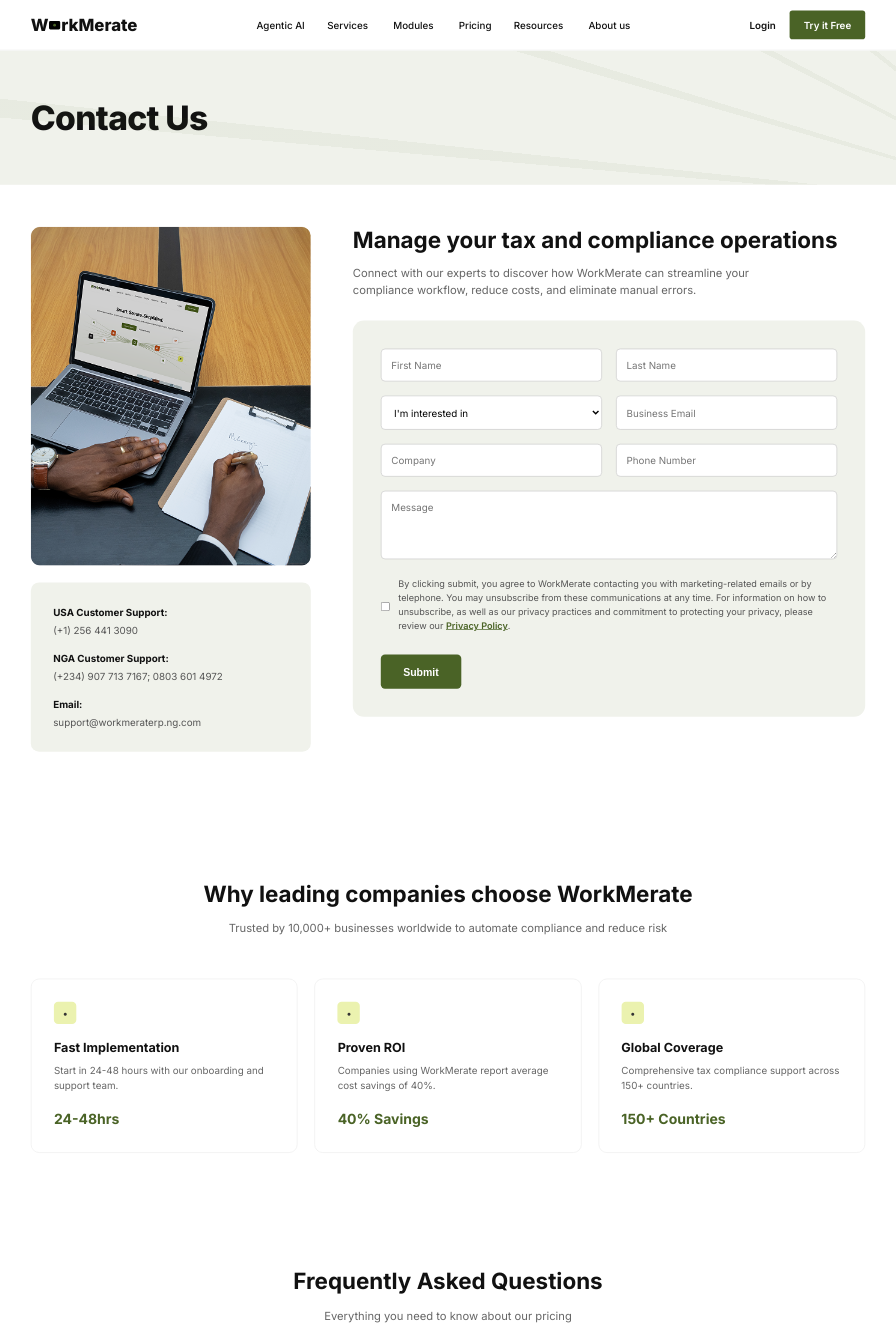
Repository: AYANO-EMMANUEL/workmerate
Page: contact-us.html
These files come from the project's save history. The page is drawn as it stood at one moment and after a run of saves; the edit follows.
The browser window is 1280 px wide. The pictures show the part of the page from y = 0 to 1920 px (the page is 3012 px tall), at 70% of full size.

Above is the page before, as saved 2026-02-02 15:26:40.

### contact-us.html
<!DOCTYPE html>
<html lang="en">
<head>
    <meta charset="UTF-8">
    <meta name="viewport" content="width=device-width, initial-scale=1.0">
    <title>Contact Us - WorkMerate</title>
    <link rel="stylesheet" href="contact-us.css">
    <link rel="preconnect" href="https://fonts.googleapis.com">
    <link rel="preconnect" href="https://fonts.gstatic.com" crossorigin>
    <link href="https://fonts.googleapis.com/css2?family=Inter:wght@400;500;600;700;800&display=swap" rel="stylesheet">
</head>
<body>

    <nav class="navbar">
        <div class="container nav-wrapper">
            <a href="#" class="logo">W<span class="bag-icon"></span>rkMerate</a>
            <ul class="nav-menu">
                <li><a href="#" class="nav-link">Agentic AI</a></li>
                <li><a href="#" class="nav-link">Services <svg class="chevron" viewBox="0 0 24 24" fill="none" stroke="currentColor" stroke-width="2"><polyline points="6 9 12 15 18 9"></polyline></svg></a></li>
                <li><a href="#" class="nav-link">Modules <svg class="chevron" viewBox="0 0 24 24" fill="none" stroke="currentColor" stroke-width="2"><polyline points="6 9 12 15 18 9"></polyline></svg></a></li>
                <li><a href="#" class="nav-link">Pricing</a></li>
                <li><a href="#" class="nav-link">Resources <svg class="chevron" viewBox="0 0 24 24" fill="none" stroke="currentColor" stroke-width="2"><polyline points="6 9 12 15 18 9"></polyline></svg></a></li>
                <li><a href="#" class="nav-link">About us</a></li>
            </ul>
            <div class="nav-actions">
                <a href="#" class="login-link">Login</a>
                <a href="#" class="btn-nav">Try it Free</a>
            </div>
            <div class="hamburger" id="hamburger"><span></span><span></span><span></span></div>
        </div>
        <div class="mobile-menu" id="mobileMenu">
             <a href="#">Services</a><a href="#">Modules</a><a href="#">Contact</a>
        </div>
    </nav>

    <section class="contact-hero">
        <div class="hero-bg-lines"></div>
        <div class="container">
            <h1>Contact Us</h1>
        </div>
    </section>

    <section class="contact-main">
        <div class="container">
            <div class="contact-layout">

                <div class="contact-visuals">
                    <img src="./assets/contact-us.png" alt="Workspace" class="contact-img">

                    <div class="contact-info-card">
                        <div class="info-group">
                            <strong>USA Customer Support:</strong>
                            <p>(+1) 256 441 3090</p>
                        </div>
                        <div class="info-group">
                            <strong>NGA Customer Support:</strong>
                            <p>(+234) 907 713 7167; 0803 601 4972</p>
                        </div>
                        <div class="info-group">
                            <strong>Email:</strong>
                            <p><a href="mailto:support@workmeraterp.ng.com">support@workmeraterp.ng.com</a></p>
                        </div>
                    </div>
                </div>

                <div class="contact-form-wrapper">
                    <h2>Manage your tax and compliance operations</h2>
                    <p class="form-subtext">Connect with our experts to discover how WorkMerate can streamline your compliance workflow, reduce costs, and eliminate manual errors.</p>

                    <form class="contact-form">
                        <div class="form-row">
                            <input type="text" placeholder="First Name" required>
                            <input type="text" placeholder="Last Name" required>
                        </div>
                        <div class="form-row">
                            <select>
                                <option disabled selected>I'm interested in</option>
                                <option>Tax Automation</option>
                                <option>Compliance</option>
                                <option>Advisory</option>
                            </select>
                            <input type="email" placeholder="Business Email" required>
                        </div>
                        <div class="form-row">
                            <input type="text" placeholder="Company">
                            <input type="tel" placeholder="Phone Number">
                        </div>
                        <textarea placeholder="Message" rows="4"></textarea>

                        <div class="form-checkbox">
                            <input type="checkbox" id="consent">
                            <label for="consent">
                                By clicking submit, you agree to WorkMerate contacting you with marketing-related emails or by telephone. You may unsubscribe from these communications at any time. For information on how to unsubscribe, as well as our privacy practices and commitment to protecting your privacy, please review our <a href="#">Privacy Policy</a>.
                            </label>
                        </div>

                        <button type="submit" class="btn-submit">Submit</button>
                    </form>
                </div>

            </div>
        </div>
    </section>

    <section class="section-padding bg-white">
        <div class="container">
            <div class="section-header">
                <h2>Why leading companies choose WorkMerate</h2>
                <p>Trusted by 10,000+ businesses worldwide to automate compliance and reduce risk</p>
            </div>

            <div class="grid-3">
                <div class="feature-card-clean">
                    <div class="dot-icon">●</div>
                    <h3>Fast Implementation</h3>
                    <p>Start in 24-48 hours with our onboarding and support team.</p>
                    <div class="stat-highlight">24-48hrs</div>
                </div>
                <div class="feature-card-clean">
                    <div class="dot-icon">●</div>
                    <h3>Proven ROI</h3>
                    <p>Companies using WorkMerate report average cost savings of 40%.</p>
                    <div class="stat-highlight">40% Savings</div>
                </div>
                <div class="feature-card-clean">
                    <div class="dot-icon">●</div>
                    <h3>Global Coverage</h3>
                    <p>Comprehensive tax compliance support across 150+ countries.</p>
                    <div class="stat-highlight">150+ Countries</div>
                </div>
            </div>
        </div>
    </section>

    <section class="faq-section bg-white">
        <div class="container">
            <div class="section-header">
                <h2>Frequently Asked Questions</h2>
                <p>Everything you need to know about our pricing</p>
            </div>
            <div class="faq-list">
                <div class="faq-item"><span>Can I switch plans later?</span><span class="plus">+</span></div>
                <div class="faq-item"><span>What payment methods do you accept?</span><span class="plus">+</span></div>
                <div class="faq-item"><span>Is there a free trial?</span><span class="plus">+</span></div>
                <div class="faq-item"><span>What happens to my data if I cancel?</span><span class="plus">+</span></div>
                <div class="faq-item"><span>Do you offer discounts for non-profits?</span><span class="plus">+</span></div>
                <div class="faq-item"><span>Can I pay annually to save money?</span><span class="plus">+</span></div>
            </div>
        </div>
    </section>

    <footer class="footer-section">
        <div class="container">
            <div class="footer-top">
                <div class="footer-brand">
                    <a href="#" class="logo">W<span class="bag-icon"></span>rkMerate</a>
                    <p class="tagline">Smart. Secure. Simplified.</p>
                    <div class="contact-details">
                        <p><strong>USA Customer Support:</strong><br>(+1) 256 441 3090</p>
                        <p><strong>NGA Customer Support:</strong><br>(+234) 907 713 7167</p>
                        <p><strong>Email:</strong><br>support@workmerate.ng.com</p>
                    </div>
                    <div class="social-icons">
                         <span>f</span><span>x</span><span>in</span><span>ig</span><span>tk</span>
                    </div>
                </div>
                <div class="footer-links-grid">
                    <div><h4>Services</h4><ul><li><a href="#">Tax Automation</a></li><li><a href="#">ERP Integration</a></li></ul></div>
                    <div><h4>Modules</h4><ul><li><a href="#">Human Resources</a></li><li><a href="#">Financial Management</a></li></ul></div>
                    <div><h4>Resources</h4><ul><li><a href="#">Compliance Loss</a></li><li><a href="#">State IRS</a></li></ul></div>
                    <div><h4>Other Links</h4><ul><li><a href="#">About Us</a></li><li><a href="#">Pricing</a></li></ul></div>
                </div>
            </div>
            <hr>
            <div class="footer-newsletter">
                <div class="nl-text"><h3>Subscribe to our newsletter</h3><p>Stay informed with the latest news.</p></div>
                <div class="nl-form"><input type="email" placeholder="Enter your email"><button class="btn-dark">Subscribe</button></div>
            </div>
            <hr>
            <div class="footer-bottom">
                <p>&copy; 2025 WorkMerate - All rights reserved</p>
                <div class="badges"><span style="color:#4F6F2F; font-weight:bold;">NiTDA</span></div>
            </div>
        </div>
    </footer>

    <script>
        document.getElementById('hamburger').addEventListener('click', function() {
            document.getElementById('mobileMenu').classList.toggle('open');
        });

        // Simple FAQ Toggle
        document.querySelectorAll('.faq-item').forEach(item => {
            item.addEventListener('click', () => {
                item.classList.toggle('active');
            });
        });
    </script>
</body>
</html>

### contact-us.css
/* --- Reset & Variables --- */
:root {
  --font-family: "Inter", sans-serif;
  --color-text-main: #111;
  --color-text-light: #555;
  --color-dark-green: #4a6326;
  --color-cream-bg: #f0f2eb;
  --color-input-bg: #fff;
  --color-input-border: #e5e5e5;
}

* {
  margin: 0;
  padding: 0;
  box-sizing: border-box;
}
body {
  font-family: var(--font-family);
  color: var(--color-text-main);
  background: #fff;
  line-height: 1.5;
  overflow-x: hidden;
}
a {
  text-decoration: none;
  color: inherit;
}
ul {
  list-style: none;
}
img {
  max-width: 100%;
  display: block;
}

/* Utilities */
.container {
  max-width: 1240px;
  margin: 0 auto;
  padding: 0 24px;
}
.section-padding {
  padding: 80px 0;
}
.bg-white {
  background-color: #fff;
}
.bg-cream {
  background-color: var(--color-cream-bg);
}

/* --- Navigation --- */
.navbar {
  height: 72px;
  display: flex;
  align-items: center;
  border-bottom: 1px solid #eee;
  background: #fff;
  position: relative;
  z-index: 100;
}
.nav-wrapper {
  width: 100%;
  display: flex;
  justify-content: space-between;
  align-items: center;
}
.logo {
  font-size: 24px;
  font-weight: 800;
  display: flex;
  align-items: center;
}
.bag-icon {
  width: 16px;
  height: 12px;
  background: #000;
  border-radius: 2px;
  display: inline-block;
  position: relative;
  margin: 0 1px;
}
.bag-icon::after {
  content: "";
  position: absolute;
  top: 4px;
  left: 6px;
  width: 4px;
  height: 4px;
  background: var(--color-dark-green);
  border-radius: 50%;
}
.nav-menu {
  display: flex;
  gap: 32px;
}
.nav-link {
  font-size: 14px;
  font-weight: 500;
  display: flex;
  align-items: center;
  gap: 4px;
}
.nav-actions {
  display: flex;
  gap: 20px;
  align-items: center;
}
.login-link {
  font-weight: 600;
  font-size: 14px;
}
.btn-nav {
  background: var(--color-dark-green);
  color: #fff;
  padding: 10px 20px;
  border-radius: 4px;
  font-weight: 600;
  font-size: 14px;
}
.hamburger {
  display: none;
  flex-direction: column;
  gap: 5px;
  cursor: pointer;
}
.hamburger span {
  width: 24px;
  height: 3px;
  background: #000;
}
.mobile-menu {
  display: none;
  position: absolute;
  top: 72px;
  left: 0;
  width: 100%;
  background: #fff;
  padding: 20px;
  border-bottom: 1px solid #eee;
}
.mobile-menu.open {
  display: flex;
  flex-direction: column;
  gap: 10px;
}

/* --- 1. Contact Hero --- */
.contact-hero {
  background-color: var(--color-cream-bg);
  padding: 60px 0;
  position: relative;
  overflow: hidden;
}
/* Subtle lines pattern */
.hero-bg-lines {
  position: absolute;
  inset: 0;
  background: repeating-conic-gradient(
    from 45deg at 120% 120%,
    transparent 0deg 10deg,
    rgba(75, 101, 39, 0.05) 10deg 11deg
  );
  pointer-events: none;
}
.contact-hero h1 {
  font-size: 48px;
  font-weight: 800;
  color: #111;
  letter-spacing: -1px;
  margin: 0;
}

/* --- 2. Main Contact Section --- */
.contact-main {
  padding: 60px 0 100px;
  background: #fff;
}
.contact-layout {
  display: grid;
  grid-template-columns: 400px 1fr;
  gap: 60px;
  align-items: stretch;
}

/* Left Side: Visuals */
.contact-visuals {
  display: flex;
  flex-direction: column;
  gap: 24px;
}
.contact-img {
  border-radius: 12px;
  /* height: 75%; */
  object-fit: cover;
  width: 100%;
}
.contact-info-card {
  background-color: var(--color-cream-bg);
  padding: 32px;
  border-radius: 12px;
}
.info-group {
  margin-bottom: 20px;
  font-size: 14px;
}
.info-group:last-child {
  margin-bottom: 0;
}
.info-group strong {
  display: block;
  color: #111;
  margin-bottom: 4px;
  font-weight: 700;
}
.info-group p,
.info-group a {
  color: #555;
  font-weight: 400;
  text-decoration: none;
}

/* Right Side: Form */
.contact-form-wrapper h2 {
  font-size: 32px;
  font-weight: 700;
  line-height: 1.2;
  margin-bottom: 16px;
}
.form-subtext {
  color: #666;
  margin-bottom: 32px;
  max-width: 600px;
}

.contact-form {
  background-color: var(--color-cream-bg);
  padding: 40px;
  border-radius: 16px;
}
.form-row {
  display: grid;
  grid-template-columns: 1fr 1fr;
  gap: 20px;
  margin-bottom: 20px;
}
input,
select,
textarea {
  width: 100%;
  padding: 14px;
  border-radius: 6px;
  border: 1px solid #ccc;
  font-family: inherit;
  font-size: 14px;
  outline: none;
  background: #fff;
}
textarea {
  resize: vertical;
  margin-bottom: 20px;
}

.form-checkbox {
  display: flex;
  gap: 12px;
  align-items: center;
  margin-bottom: 32px;
  font-size: 13px;
  color: #555;
}
.form-checkbox input {
  width: auto;
  margin-top: 4px;
}
.form-checkbox a {
  color: var(--color-dark-green);
  font-weight: 600;
  text-decoration: underline;
}

.btn-submit {
  background-color: var(--color-dark-green);
  color: #fff;
  border: none;
  padding: 16px 32px;
  border-radius: 6px;
  font-weight: 600;
  font-size: 15px;
  cursor: pointer;
  transition: 0.2s;
}
.btn-submit:hover {
  background-color: #3d5220;
}

/* --- 3. Features Grid --- */
.section-header {
  text-align: center;
  max-width: 700px;
  margin: 0 auto 60px;
}
.section-header h2 {
  font-size: 32px;
  font-weight: 700;
  margin-bottom: 12px;
}
.section-header p {
  color: #666;
}

.grid-3 {
  display: grid;
  grid-template-columns: repeat(3, 1fr);
  gap: 24px;
}
.feature-card-clean {
  border: 1px solid #eee;
  border-radius: 12px;
  padding: 32px;
  background: #fff;
}
.dot-icon {
  background: #ebf2af;
  width: 32px;
  height: 32px;
  display: flex;
  align-items: center;
  justify-content: center;
  border-radius: 6px;
  font-size: 10px;
  color: #333;
  margin-bottom: 20px;
}
.feature-card-clean h3 {
  font-size: 18px;
  font-weight: 700;
  margin-bottom: 8px;
}
.feature-card-clean p {
  font-size: 14px;
  color: #666;
  margin-bottom: 24px;
  line-height: 1.5;
}
.stat-highlight {
  font-size: 20px;
  font-weight: 700;
  color: var(--color-dark-green);
}

/* --- 4. FAQ --- */
.faq-section {
  padding: 80px 0;
  background: #fff;
}
.faq-list {
  max-width: 800px;
  margin: 0 auto;
}
.faq-item {
  display: flex;
  justify-content: space-between;
  align-items: center;
  padding: 20px 0;
  border-bottom: 1px solid #ddd;
  font-weight: 600;
  cursor: pointer;
  color: #111;
}
.plus {
  font-size: 24px;
  font-weight: 300;
}

/* --- Footer --- */
.footer-section {
  background: var(--color-cream-bg);
  padding: 80px 0 30px;
  font-size: 14px;
  color: #333;
}
.footer-top {
  display: flex;
  justify-content: space-between;
  flex-wrap: wrap;
  gap: 40px;
  margin-bottom: 40px;
}
.footer-links-grid {
  display: flex;
  gap: 60px;
}
.footer-links-grid h4 {
  font-weight: 700;
  margin-bottom: 12px;
}
.footer-links-grid a {
  color: #555;
  display: block;
  margin-bottom: 8px;
}
.contact-details p {
  font-size: 13px;
  margin-bottom: 8px;
  color: #555;
}
.footer-newsletter {
  display: flex;
  justify-content: space-between;
  align-items: center;
  padding: 30px 0;
  border-top: 1px solid #ccc;
  border-bottom: 1px solid #ccc;
  margin-bottom: 20px;
}
.nl-form input {
  padding: 10px;
  border: 1px solid #ccc;
  border-radius: 4px;
  width: 250px;
  margin-right: 10px;
}
.btn-dark {
  background: var(--color-dark-green);
  color: #fff;
  padding: 10px 20px;
  border-radius: 4px;
  border: none;
  font-weight: 600;
}
.footer-bottom {
  display: flex;
  justify-content: space-between;
  align-items: center;
  font-size: 12px;
  color: #777;
}

/* --- Responsive --- */
@media (max-width: 992px) {
  .nav-menu,
  .nav-actions {
    display: none;
  }
  .hamburger {
    display: flex;
  }

  .contact-layout {
    grid-template-columns: 1fr;
  } /* Stack visuals and form */
  .contact-visuals {
    flex-direction: row;
  } /* Put info next to image on tablet? */
  .contact-img {
    width: 50%;
    height: auto;
  }
  .contact-info-card {
    width: 50%;
  }

  .grid-3 {
    grid-template-columns: repeat(2, 1fr);
  }
  .footer-links-grid {
    flex-wrap: wrap;
    gap: 30px;
  }
}

@media (max-width: 600px) {
  .contact-visuals {
    flex-direction: column;
  }
  .contact-img,
  .contact-info-card {
    width: 100%;
  }
  .contact-form {
    padding: 24px;
  }
  .form-row {
    grid-template-columns: 1fr;
    gap: 16px;
  }

  .grid-3 {
    grid-template-columns: 1fr;
  }
  .footer-newsletter {
    flex-direction: column;
    align-items: flex-start;
    gap: 15px;
  }
  .nl-form {
    width: 100%;
  }
  .nl-form input {
    width: 100%;
    margin-bottom: 10px;
  }
}

After the next 2 saves:
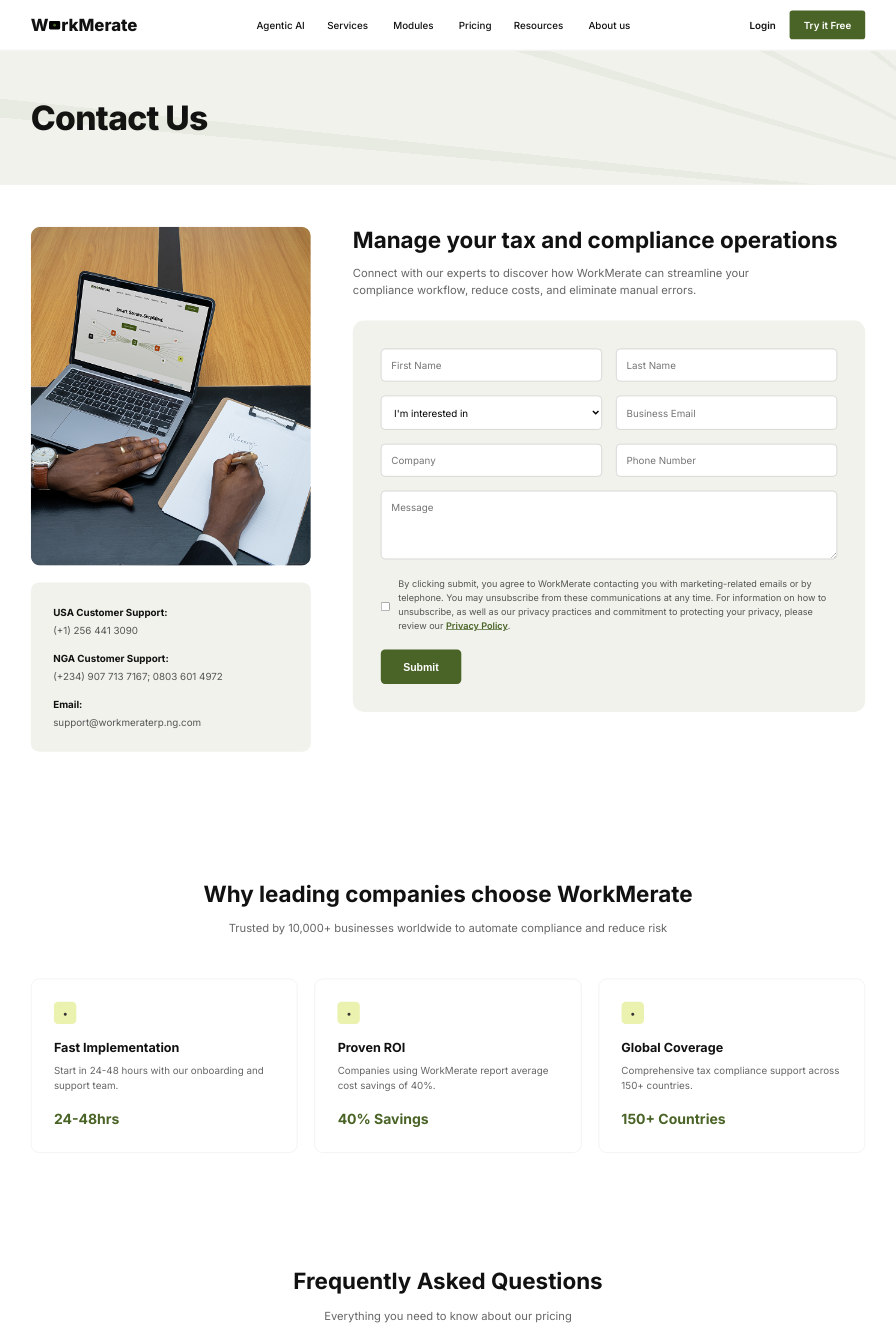
The 2 saves are shown as one change because they came seconds apart.
The last was saved 51 s later.
--- a/contact-us.css
+++ b/contact-us.css
@@ -265,7 +265,7 @@
   display: flex;
   gap: 12px;
   align-items: center;
-  margin-bottom: 32px;
+  margin-bottom: 25px;
   font-size: 13px;
   color: #555;
 }
